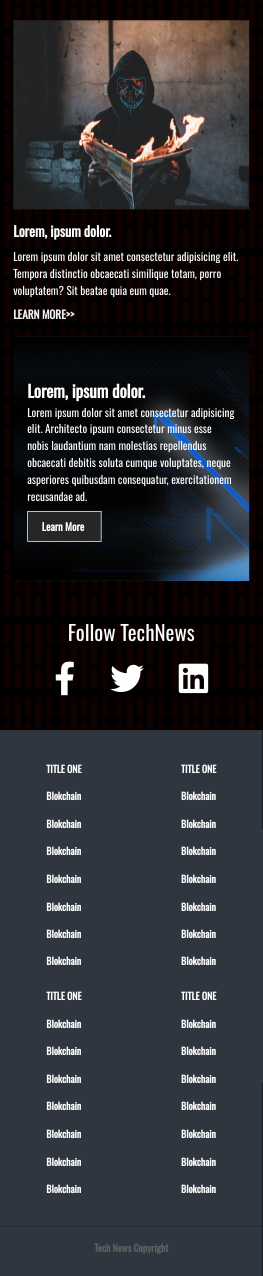
Repository: NickArregoces/News_Web
Page: index.html
These files come from the project's save history. The page is drawn as it stood at one moment and after a run of saves; the edit follows.
The browser window is 375 px wide. The pictures show the part of the page from y = 4260 to 6500 px (the page is 6083 px tall before and 6733 px after), at 70% of full size.

Above is the page before, as saved 2021-12-24 21:14:52.

### index.html
<!DOCTYPE html>
<html lang="en">
<head>
    <meta charset="UTF-8">
    <meta http-equiv="X-UA-Compatible" content="IE=edge">
    <meta name="viewport" content="width=device-width, initial-scale=1.0">
    <title>TechNews</title>
    <!--FONT AWESOME-->
    <link rel="stylesheet" href="https://cdnjs.cloudflare.com/ajax/libs/font-awesome/6.0.0-beta3/css/all.min.css">

    <link rel="stylesheet" href="style.Css">
    <!--Oswald FONTS-->
    <link rel="preconnect" href="https://fonts.googleapis.com">
<link rel="preconnect" href="https://fonts.gstatic.com" crossorigin>
<link href="https://fonts.googleapis.com/css2?family=Oswald:wght@200;300;400&display=swap" rel="stylesheet">
</head>
<body>


    <div class="menu-btn">
        <i class="fas fa-bars fa-2x" ></i><!---fa-2x doble del tamañp-->

    </div>

    <div class="container">

        <nav class ="nav-main">
            <img src="img/brand.png" alt="" class="nav-brand">

            <ul class="nav-menu show">
                <li>
                    <a href="#">Web Development</a>
                </li>
                <li>
                    <a href="#">blochain</a>
                </li>
                <li>
                    <a href="#">Artificial Intelligence</a>
                </li>
                <li>
                    <a href="#">Machine Learning</a>
                </li>
                <li>
                    <a href="#">Quantum Computing</a>
                </li>
                <li>
                    <a href="#">Startup</a>
                </li>
                <li>
                    <a href="#">More</a>
                </li>
            </ul>
            <ul class="nav-menu-right">
                <li>
                    <a href="">
                        <i class="fas fa-search"></i>
                    </a>
                </li>
            </ul>
        </nav>
        <hr> <!--Crea una linea -->


        <!--Showcase=Imagen pricnipal-->
        <header class="showcase">
            <h2>Big News Today</h2>
            <p>Lorem ipsum dolor sit, amet consectetur adipisicing elit. A laboriosam eaque, praesentium suscipit velit harum cupiditate unde corrupti vitae, asperiores beatae quae. Minima veritatis quas blanditiis et assumenda aperiam voluptatum!</p>
        <!--lorem30 te crea 30 palabras-->
            <a class="btn" href="#">Read More>> <i class="fas fa-angles-double-right"></i></a>
        </header>

        <!--NEWS CARDS(COLUMNAS)-->
        <div class="news-cards">
            <div class="">
                <img src="img/news1.jpg" alt="News 1">
                <h3>Lorem, ipsum dolor.</h3>
                <p>Lorem ipsum dolor sit amet consectetur adipisicing elit. Tempora distinctio obcaecati similique totam, porro voluptatem? Sit beatae quia eum quae.</p>
                <a href="">Learn More>><i class="fas fa-amgle-dpuble-right"></i></a>
            </div>
            <div class="">
                <img src="img/news2.jpg" alt="News 2">
                <h3>Lorem, ipsum dolor.</h3>
                <p>Lorem ipsum dolor sit amet consectetur adipisicing elit. Tempora distinctio obcaecati similique totam, porro voluptatem? Sit beatae quia eum quae.</p>
                <a href="">Learn More>><i class fas fa-amgle-dpuble-right></i></a>
            </div>
            <div class="">
                <img src="img/news3.jpg" alt="News 3">
                <h3>Lorem, ipsum dolor.</h3>
                <p>Lorem ipsum dolor sit amet consectetur adipisicing elit. Tempora distinctio obcaecati similique totam, porro voluptatem? Sit beatae quia eum quae.</p>
                <a href="">Learn More>><i class="fas fa-amgle-dpuble-right" ></i></a>
            </div>
            <div class="">
                <img src="img/news4.jpg" alt="News 4">
                <h3>Lorem, ipsum dolor.</h3>
                <p>Lorem ipsum dolor sit amet consectetur adipisicing elit. Tempora distinctio obcaecati similique totam, porro voluptatem? Sit beatae quia eum quae.</p>
                <a href="">Learn More>><i class="fas fa-amgle-dpuble-right"></i></a>
            </div>
        </div>

        <div>

            <section class="cards-banner-one">
                <div class="content">
                    <h2>Lorem, ipsum dolor.</h2>
                    <p>Lorem ipsum dolor sit amet, consectetur adipisicing elit. Quidem esse aut blanditiis saepe iusto, unde deleniti sequi totam mollitia tenetur?</p>
                    <a href="#" class="btn">Learn More <i class="fas fa-amgle-dpuble-right"></i></a>
                </div>

            </section>

            <!--NEWS CARDS(COLUMNAS)-->
        <div class="news-cards">
            <div class="">
                <img src="img/news1.jpg" alt="News 1">
                <h3>Lorem, ipsum dolor.</h3>
                <p>Lorem ipsum dolor sit amet consectetur adipisicing elit. Tempora distinctio obcaecati similique totam, porro voluptatem? Sit beatae quia eum quae.</p>
                <a href="">Learn More>><i class="fas fa-amgle-dpuble-right"></i></a>
            </div>
            <div class="">
                <img src="img/news2.jpg" alt="News 2">
                <h3>Lorem, ipsum dolor.</h3>
                <p>Lorem ipsum dolor sit amet consectetur adipisicing elit. Tempora distinctio obcaecati similique totam, porro voluptatem? Sit beatae quia eum quae.</p>
                <a href="">Learn More>><i class fas fa-amgle-dpuble-right></i></a>
            </div>
            <div class="">
                <img src="img/news3.jpg" alt="News 3">
                <h3>Lorem, ipsum dolor.</h3>
                <p>Lorem ipsum dolor sit amet consectetur adipisicing elit. Tempora distinctio obcaecati similique totam, porro voluptatem? Sit beatae quia eum quae.</p>
                <a href="">Learn More>><i class="fas fa-amgle-dpuble-right" ></i></a>
            </div>
            <div class="">
                <img src="img/news4.jpg" alt="News 4">
                <h3>Lorem, ipsum dolor.</h3>
                <p>Lorem ipsum dolor sit amet consectetur adipisicing elit. Tempora distinctio obcaecati similique totam, porro voluptatem? Sit beatae quia eum quae.</p>
                <a href="">Learn More>><i class="fas fa-amgle-dpuble-right"></i></a>
            </div>
        </div>

        <section class="cards-banner-two">
            <div class="content">
                <h2>Lorem, ipsum dolor.</h2>
                <p>Lorem ipsum dolor sit amet consectetur adipisicing elit. Architecto ipsum consectetur minus esse nobis laudantium nam molestias repellendus obcaecati debitis soluta cumque voluptates, neque asperiores quibusdam consequatur, exercitationem recusandae ad.</p>
                <a href="#" class="btn">Learn More <i class="fas fa-angles-double-right"></i> </a>
            </div>
        </section>

        <section class="social">

                <p> Follow TechNews</p>
                <div class="links">
                    <a href="#"><!--Se crean lo iconos automaticamente-->
                        <i class="fab fa-facebook-f"></i>
                    </a>
                <a href="#">
                    <i class="fab fa-twitter"></i>
                </a>
                <a href="#">
                    <i class="fab fa-linkedin"></i>
                </a>

                </div>

        </section>

        </div>

    </div>

    <div class="footer-links">
        <div class="footer-container">
            <ul>
                <li>
                    <a href="#">
                        <h3>TITLE ONE</h3>
                    </a>
                </li>
                <li>
                    <a href="#">
                        <h3>Blokchain</h3>
                    </a>
                </li>
                <li>
                    <a href="#">
                        <h3>Blokchain</h3>
                    </a>
                </li>
                <li>
                    <a href="#">
                        <h3>Blokchain</h3>
                    </a>
                </li>
                <li>
                    <a href="#">
                        <h3>Blokchain</h3>
                    </a>
                </li>
                <li>
                    <a href="#">
                        <h3>Blokchain</h3>
                    </a>
                </li>
                <li>
                    <a href="#">
                        <h3>Blokchain</h3>
                    </a>
                </li>
                <li>
                    <a href="#">
                        <h3>Blokchain</h3>
                    </a>
                </li>
            </ul>

            <ul>
                <li>
                    <a href="#">
                        <h3>TITLE ONE</h3>
                    </a>
                </li>
                <li>
                    <a href="#">
                        <h3>Blokchain</h3>
                    </a>
                </li>
                <li>
                    <a href="#">
                        <h3>Blokchain</h3>
                    </a>
                </li>
                <li>
                    <a href="#">
                        <h3>Blokchain</h3>
                    </a>
                </li>
                <li>
                    <a href="#">
                        <h3>Blokchain</h3>
                    </a>
                </li>
                <li>
                    <a href="#">
                        <h3>Blokchain</h3>
                    </a>
                </li>
                <li>
                    <a href="#">
                        <h3>Blokchain</h3>
                    </a>
                </li>
                <li>
                    <a href="#">
                        <h3>Blokchain</h3>
                    </a>
                </li>
            </ul>

            <ul>
                <li>
                    <a href="#">
                        <h3>TITLE ONE</h3>
                    </a>
                </li>
                <li>
                    <a href="#">
                        <h3>Blokchain</h3>
                    </a>
                </li>
                <li>
                    <a href="#">
                        <h3>Blokchain</h3>
                    </a>
                </li>
                <li>
                    <a href="#">
                        <h3>Blokchain</h3>
                    </a>
                </li>
                <li>
                    <a href="#">
                        <h3>Blokchain</h3>
                    </a>
                </li>
                <li>
                    <a href="#">
                        <h3>Blokchain</h3>
                    </a>
                </li>
                <li>
                    <a href="#">
                        <h3>Blokchain</h3>
                    </a>
                </li>
                <li>
                    <a href="#">
                        <h3>Blokchain</h3>
                    </a>
                </li>
            </ul>

            <ul>
                <li>
                    <a href="#">
                        <h3>TITLE ONE</h3>
                    </a>
                </li>
                <li>
                    <a href="#">
                        <h3>Blokchain</h3>
                    </a>
                </li>
                <li>
                    <a href="#">
                        <h3>Blokchain</h3>
                    </a>
                </li>
                <li>
                    <a href="#">
                        <h3>Blokchain</h3>
                    </a>
                </li>
                <li>
                    <a href="#">
                        <h3>Blokchain</h3>
                    </a>
                </li>
                <li>
                    <a href="#">
                        <h3>Blokchain</h3>
                    </a>
                </li>
                <li>
                    <a href="#">
                        <h3>Blokchain</h3>
                    </a>
                </li>
                <li>
                    <a href="#">
                        <h3>Blokchain</h3>
                    </a>
                </li>
            </ul>
        </div>
    </div>

    <footer class="footer">
        <h3>Tech News Copyright</h3>
    </footer>

    <script src="./main.js" ></script>
</body>
</html>

### style.Css
*{
    box-sizing: border-box;
    margin: 0;
    padding: 0;
}

body{
    background:#000000;
    color:#ffff;
    background-color: #000000;
    background-image: url("data:[embedded picture, 663 characters]");
    font-size: 16px;
    font-family: 'Oswald', sans-serif;
}

a{
    color: #ffff;
    text-decoration: none;
}

ul{
    list-style: none;
}
.container{
    width: 90%;/*responsive*/
    margin: auto;
    color: #ffff;/*MIO*/
}
/*Navigation*/
.nav-main{
    font-size: 17px;
    display: flex;/*Elememnto al lado de otro*/
    justify-content: space-between;
    align-items: center;
    height: 60px;
    padding: 20px 0px;
}
.nav-brand{
    width: 50px;
}

/*Nav Left*/
.nav-main ul{
    display:flex;
}

.nav-main ul li{
    padding: 10px;
}

.nav-main ul li a{
    padding: 6px;
}

.nav-main ul li a:hover {
    border-bottom: 2px solid #ffffff;
}
.nav-main ul.nav-menu{
    flex:1;
    margin-left: 20px;
}

.menu-btn {
    position: absolute;
    cursor: pointer;
    top: 15px;
    right: 30px;
    z-index: 2;
}

/*Showcase*/
hr{
    margin:10px 0px;
}
.showcase{
    width: 100%;
    height: 550px;
    /*Arreglar img */
    background: url(/img/showcase2.jpg) no-repeat center center/cover;
    padding: 50px;
    margin-bottom: 20px;/*Margen interna*/
    display:flex;
    flex-direction: column;
    align-items: center;/*centrar P*/
    justify-content: flex-end; /*p al final*/
}

.btn{
    cursor: pointer;
    display: inline-block;
    border: 0;
    font-weight: bold;
    padding: 10px 20px;
    background: #262626;
    color:#ffffff;
    font-size: 15px;
    border: 1px solid #ffff;
    margin:10px 0px;
}

.btn:hover{
    opacity: 0.7;
}

.showcase h2,
.showcase p{
    margin-bottom: 10px;
}

/*News CARS*/
.news-cards{
    display: grid;
    grid-template-columns: 1fr 1fr 1fr 1fr;/*4 columnas*/
    gap: 25px;/*espaciado card*/
    margin: 10px 0;
}

.news-cards img{
    width:100%;
    height:  180px;
}

.news-cards h3{
    font-size: 20px;
    margin:  10px 0;

}

.news-cards a{
    padding: 10px 0;
    color: #f2f2f2;
    text-transform: uppercase;
    display: inline-block;
    font-weight: bold;
}

.news-cards a:hover{
    text-decoration: underline; /*Line debajo*/
}

/*Cards-banner-one*/

.cards-banner-one {
    width: 100%;
    height: 350px;
    background: url(./img/tech-red.jpg) no-repeat center/cover;;
    margin-bottom: 40px;
}
.cards-banner-one .content{
    width: 40%;
    padding: 90px 0 0 30px;
    color: #f2f2f2;
}

.cards-banner-one p,
.cards-banner-one h2{
    margin: 10px 0 20px 0;
}

/*CARDS BANNER TWO*/

.cards-banner-two{
    background: url(./img/image-five.jpg) no-repeat center/cover;
    width: 100%;
    height: 350px;
}

.cards-banner-two .content{
    width: 50%;
    padding: 100px 0 0 30px;
}

/*Social*/
.social{
    margin: 50px;
}

.social p{
    text-align: center;
    font-size: 30px;
    margin-bottom: 20px;
}

.links{
    display: flex;
    align-items: center;
    justify-content: center;
}

.links a{
    margin: 0 25px;
}
.links a i{
    font-size: 3rem;
}

/*Footer-Links*/

.footer-links{
    background: #2f3640;
    color: #616161;
    font-size: 12px;
    padding: 35px 0;
}

.footer-container {
    display: grid;/*activa grid*/
    grid-template-columns: repeat(4, 1fr);
    gap: 10px;
    align-items: flex-start;
    justify-content: center;
}

.footer-container ul{
    margin:0 auto; /*Automaticamente margen separadas*/
}
.footer-container ul li{
    line-height: 2.8;
}

.footer{
    background: #2f3640;
    color: #616161;
    font-size: 12px;
    padding:20px 0;
    text-align: center;
    padding-bottom: 30px;
}

/*!RESPONSIVE*/
@media (max-width: 700px) {

    .nav-main ul.nav-menu{
        display: block; /*Los elementos de bajan en linea*/
        position: absolute;
        top: 0;
        left: 0;/*Para que quede al borde*/
        background: #2f3640;
        height: 100%;
        padding: 30px;
        opacity: .9;
        transform: translateX(-400px);/*se muestre el boton*/
        transition: transform .5s ease-in-out ;
    }

    .nav-main ul.nav-menu.show{
        transform: translateX(-20px);
    }

    .nav-main ul.nav-menu li{
        padding: 20px;
        /*border-bottom: #ccc solid 1px  para borde abajo*/
        font-size: 14px;
    }

    .nav-main ul.nav-menu-right{
        margin-right: 40px;
    }
    .news-cards {
        grid-template-columns: repeat(2, 1fr);
    }

    .cards-banner-one .content,
    .cards-banner-two .content{
        width: 80%;
    }

    .footer-links .footer-container{
        grid-template-columns: repeat(2, 1fr);
    }
}

@media (max-width: 500px) {
    .news-cards {
        grid-template-columns: 1fr;/* 1 columna*/
    }

    .news-cards img{
        height:  270px;
    }

    .cards-banner-two .content,
    .cards-banner-one .content{
        width: 100%;
        padding: 60px 20px;
    }

    .footer-links .footer{
        grid-template-columns: 1fr;
    }

### main.js
// boton
document.querySelector('.menu-btn').addEventListener('click', () => {// seleccionar un documento clase btn
    document.querySelector('.nav-menu').classList.toggle('show'); // claslist añadir o quitar la clase show
});

After the next 5 saves:
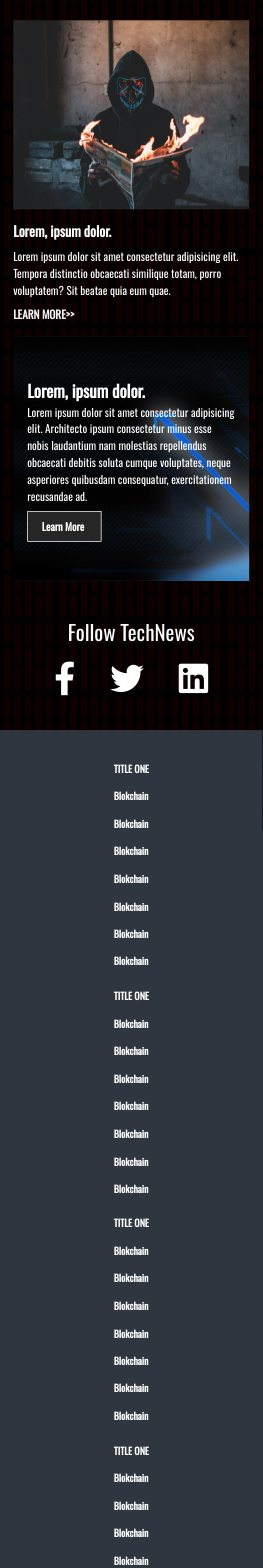
The 5 saves are shown as one change because they came seconds apart.
The last was saved 52 s later.
--- a/style.Css
+++ b/style.Css
@@ -285,6 +285,6 @@ hr{
         padding: 60px 20px;
     }
 
-    .footer-links .footer{
+    .footer-links .footer-container{
         grid-template-columns: 1fr;
     }
